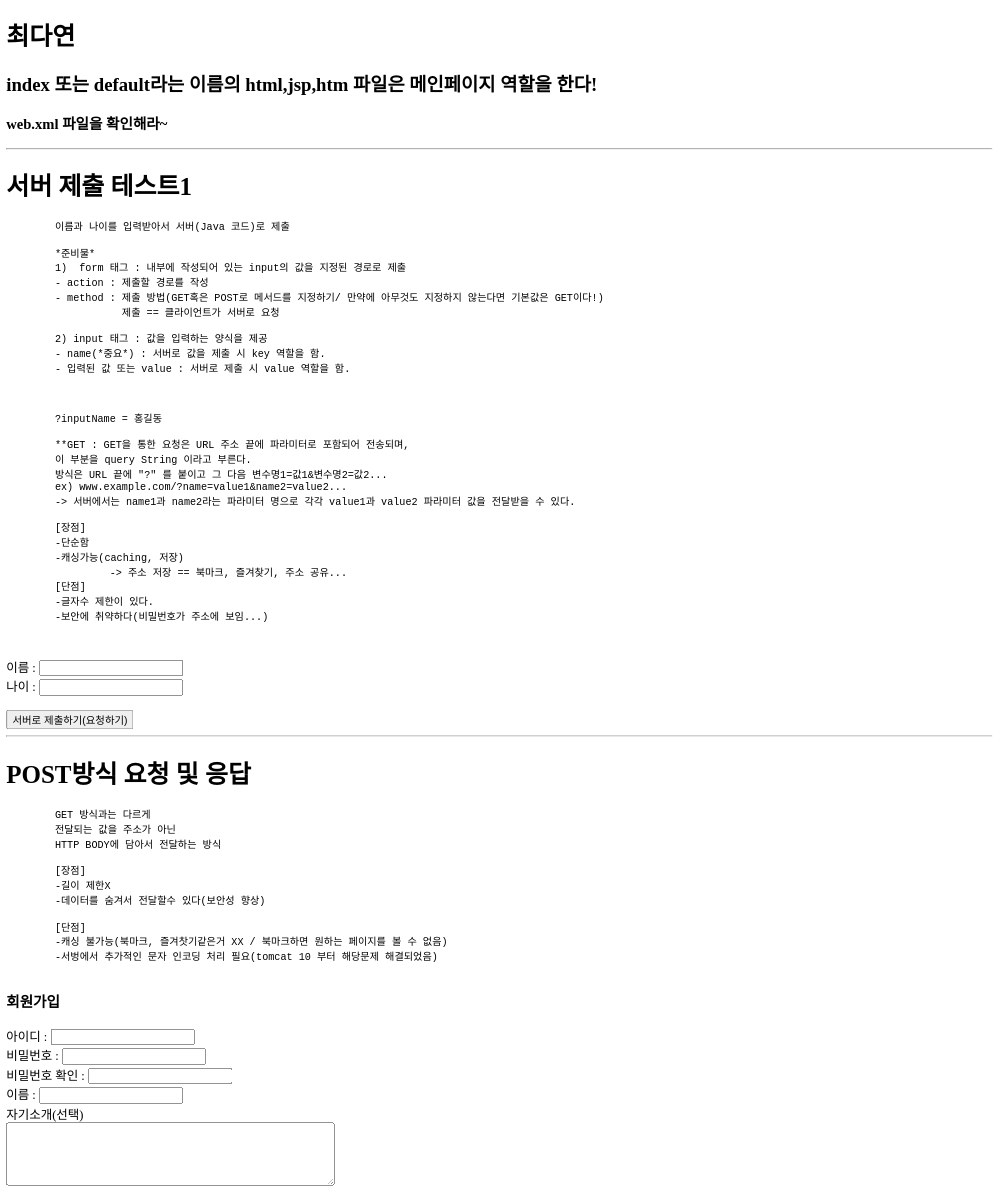
Repository: ana80202/05_Server
Page: ServletProject/src/main/webapp/index.html
An editor plug-in stored every save of this project. The page is shown before and after the next save, followed by the edit.
The browser window is 1280 px wide. The pictures show the whole page, at 78% of full size.

Above is the page before, as saved 2024-03-21 05:24:27.

After the next save:
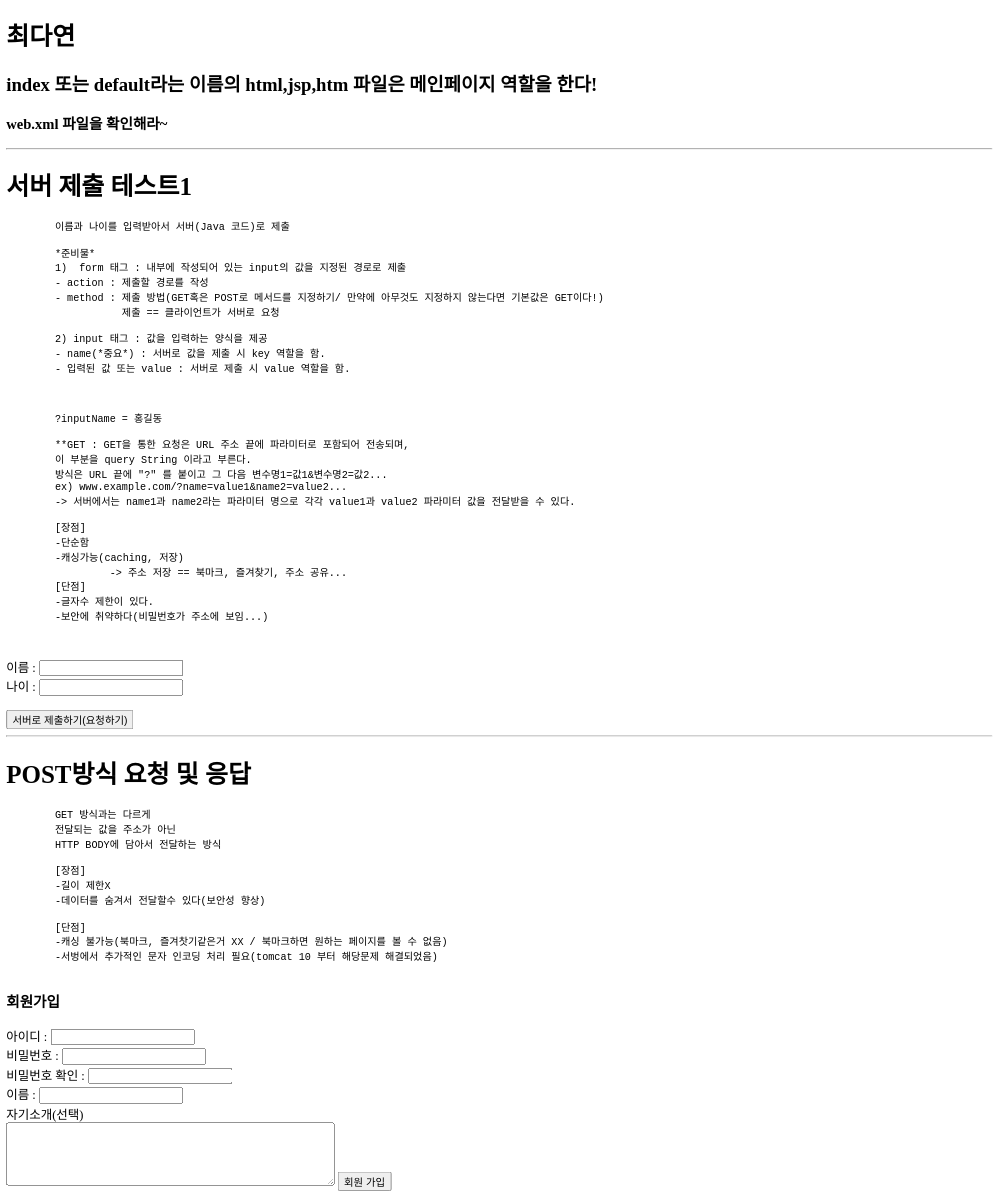
Saved 18 s later.
--- a/ServletProject/src/main/webapp/index.html
+++ b/ServletProject/src/main/webapp/index.html
@@ -85,6 +85,8 @@
 
 		자기소개(선택) <br>
 		<textarea name = "intro"  cols = "50" rows = "5"></textarea>
+
+		<button>회원 가입</button>
 	</form>
 
 
